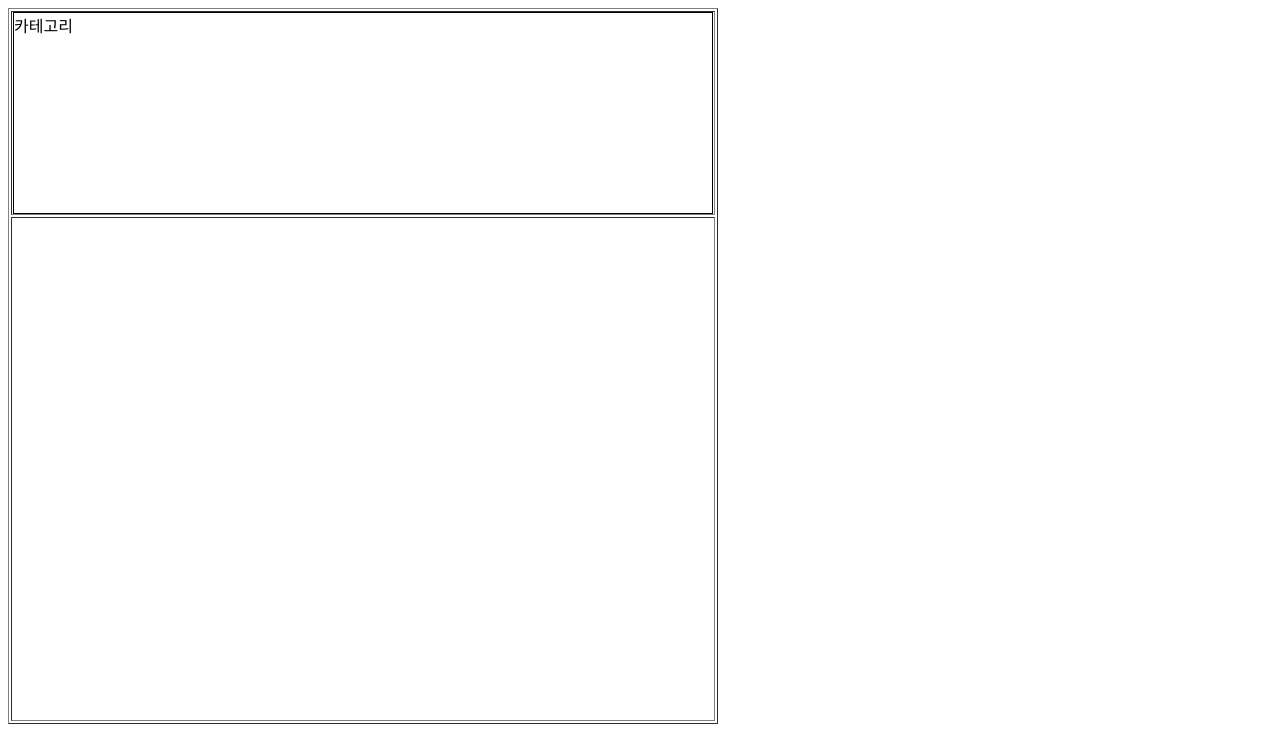
Repository: HmDol/Spring_study
Page: http://localhost/project1/Exweb.jsp
These files come from the project's save history. The page is drawn as it stood at one moment and after the next save; the edit follows.
The browser window is 1280 px wide. The pictures show the whole page.
The page is served by Tomcat 10. Other server files are loaded and not shown.

Above is the page before, as saved 2023-09-06 06:29:03.

### project1/src/main/webapp/Exweb.jsp
<%@ page language="java" contentType="text/html; charset=EUC-KR"
    pageEncoding="EUC-KR"%>
<!DOCTYPE html>
<html>
<head>
<meta charset="EUC-KR">
<title>Insert title here</title>
</head>
<script>
let cate1 = ["의류", "가전", "컴퓨터"];
let cate2 = [["여성복", "남성복", "아동복"], ["TV","세탁기","냉장고"], ["데스크탑", "노트북", "주변기기"]];
let cate3 = [[["원피스","투피스"], ["셔츠","바지","남방"],["내복", "우주복"]],
	[["LG TV","삼성TV","중소TV"],["LG세탁기","삼성세탁기","중소 세탁기"],["LG냉장고","삼성냉장고","중소냉장고"]],
	[["LG데스크탑","삼성데스크탑","중소 데스크탑"],["LG노트북","삼성노트북","중소노트북"],["프린터","스피커","마이크"]]];

const a = () => {
	let txt = "<div><table style='background-clolr:gray' border='1'>";
	for(let s of cate1){
		txt += "<tr><td style='width:100px; height:40px'>" + s + "</td></tr>";
	}
	txt +="</table></div> ";
	let e1 = document.getElementById("cate1");
	e1.innerHTML = txt;
	e1.style.display='';
}

const b = () => {
	let e1 = document.getElementById("cate1");
	e1.innerHTML = "";
	e1.style.display='none';
}

</script>
<body>
<div id="cate1" style='position:absolute; top:140px; left:10px; display:none'></div>
<table border ="1">
<tr>
<td style ="width : 700px; height:200px">
<div id="cate" style=" height: 100% ;border:1px solid black" onmouseover="a()" onmouseout="b()">카테고리</div>
</td>
</tr>
<tr>
<td style ="width : 700px; height:500px">
<div id = "content">

</div>
</td>
</tr>
</table>
</body>
</html>

After the next save:
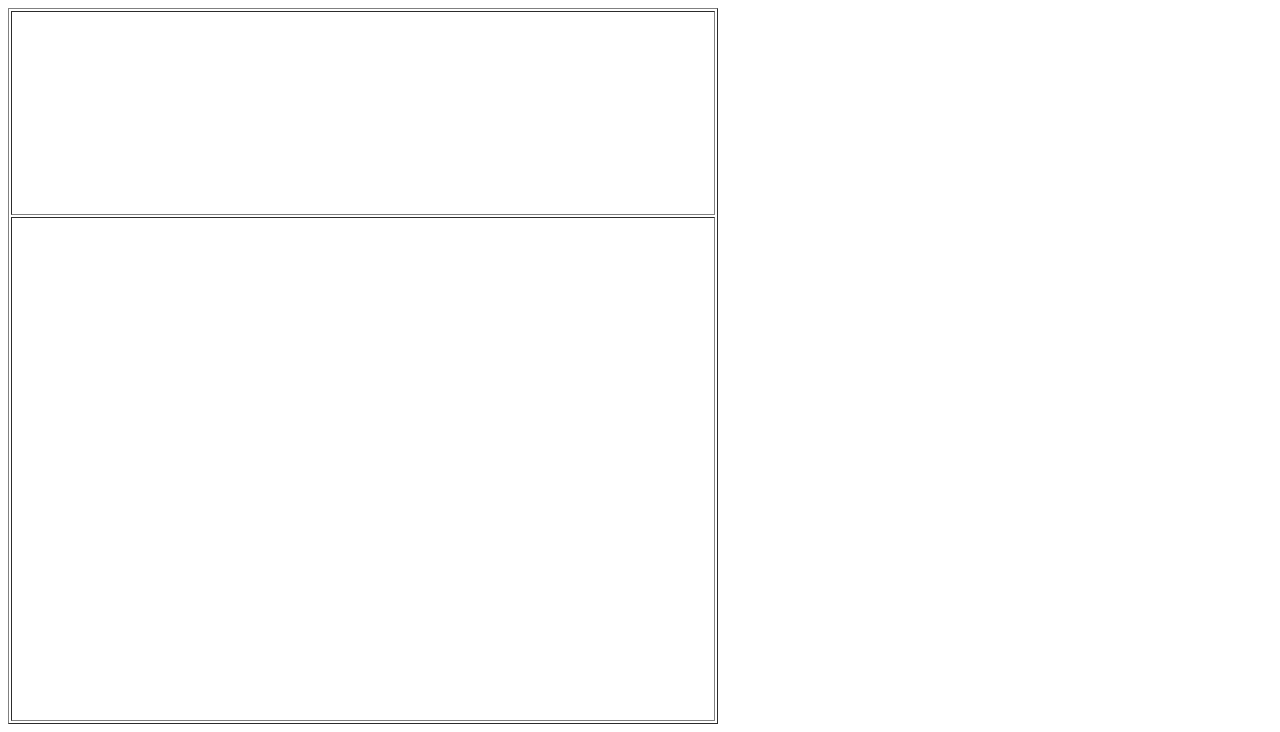
Saved 20 s later.
--- a/project1/src/main/webapp/Exweb.jsp
+++ b/project1/src/main/webapp/Exweb.jsp
@@ -36,7 +36,7 @@
 <table border ="1">
 <tr>
 <td style ="width : 700px; height:200px">
-<div id="cate" style=" height: 100% ;border:1px solid black" onmouseover="a()" onmouseout="b()">카테고리</div>
+
 </td>
 </tr>
 <tr>

After the save that followed:
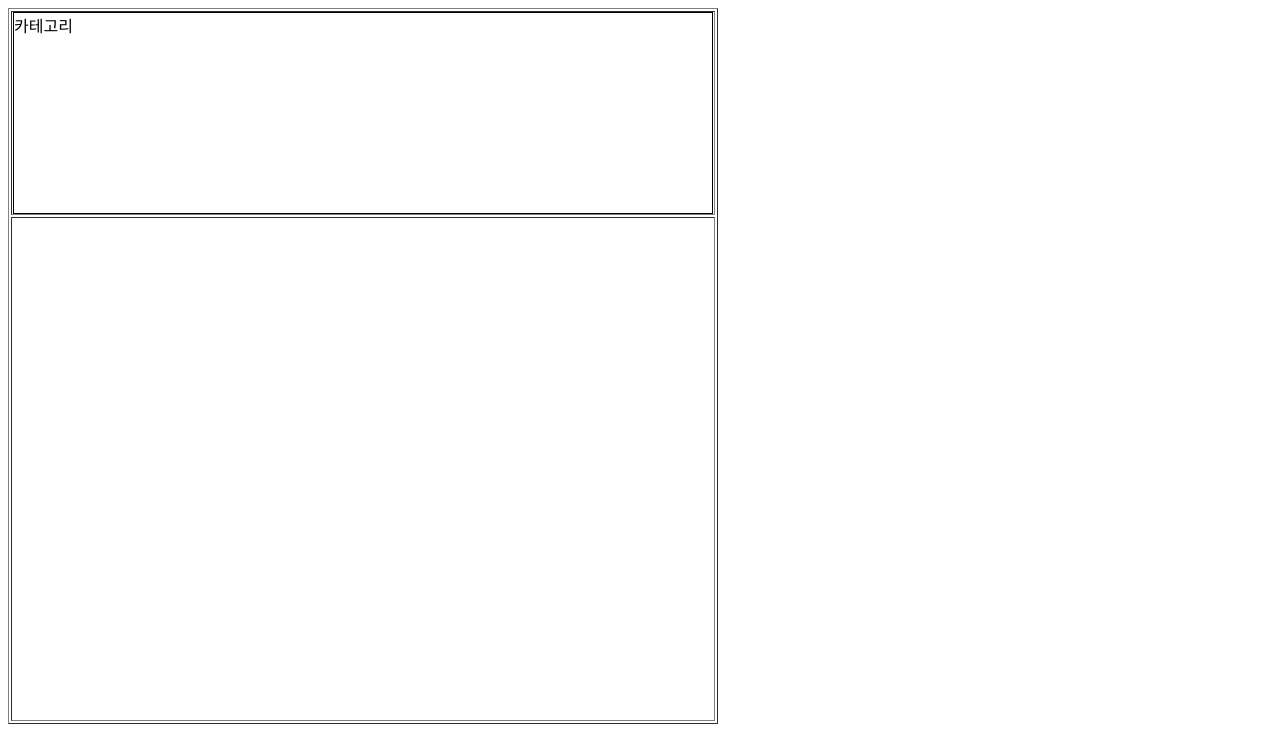
Saved 41 s later.
--- a/project1/src/main/webapp/Exweb.jsp
+++ b/project1/src/main/webapp/Exweb.jsp
@@ -1,5 +1,5 @@
 <%@ page language="java" contentType="text/html; charset=EUC-KR"
-    pageEncoding="EUC-KR"%>
+	pageEncoding="EUC-KR"%>
 <!DOCTYPE html>
 <html>
 <head>
@@ -32,20 +32,20 @@
 
 </script>
 <body>
-<div id="cate1" style='position:absolute; top:140px; left:10px; display:none'></div>
-<table border ="1">
-<tr>
-<td style ="width : 700px; height:200px">
-
-</td>
-</tr>
-<tr>
-<td style ="width : 700px; height:500px">
-<div id = "content">
-
-</div>
-</td>
-</tr>
-</table>
+	<div id="cate1"
+		style='position: absolute; top: 140px; left: 10px; display: none'></div>
+	<table border="1">
+		<tr>
+			<td style="width: 700px; height: 200px">
+				<div id="cate" style="height: 100%; border: 1px solid black"
+					onmouseover="a()" onmouseout="b()">카테고리</div>
+			</td>
+		</tr>
+		<tr>
+			<td style="width: 700px; height: 500px">
+				<div id="content"></div>
+			</td>
+		</tr>
+	</table>
 </body>
 </html>
